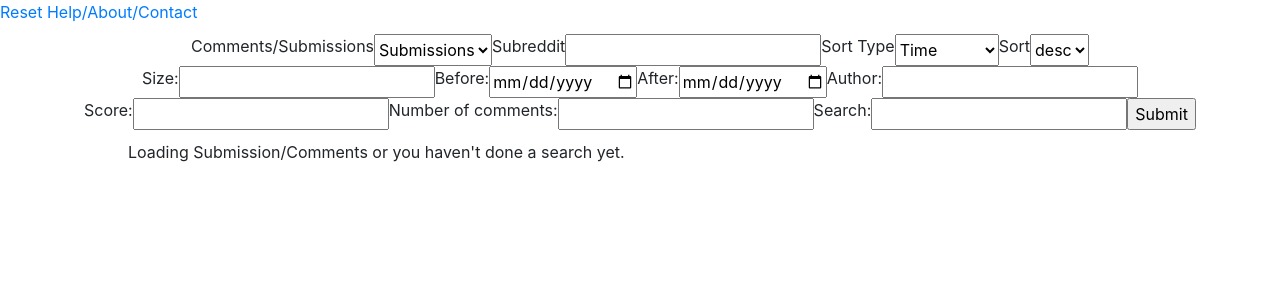
Repository: ihsoyCT/ctarchive
Page: dist/index.html
An editor plug-in stored every save of this project. The page is shown before and after the next save, followed by the edit.
The browser window is 1280 px wide. The pictures show the whole page.

Above is the page before, as saved 2022-05-03 17:16:49.

### dist/index.html
<!DOCTYPE html>
<html>
  <head>
    <title>Reddit Archive</title>
    <style>
      .children {
        margin-left: 20px;
      }
      .score {
        margin-top: auto;
        margin-bottom: auto; /* width: 20px; */
        padding-left: 8px; /* align-items: center; */ /* justify-content: center; */ /* align-self: center; */
        width: 2%;
      }

      .submissionclass {
        height: auto;
        background-color: lightgray;
        margin: 20px 0px 20px 0px;
        display: flex;
      }

      .main {
        margin-left: 10px;
      }

      .thumbnail {
        /* FLOAT: right; */
        margin-left: auto;
      }

      div#content {
        width: 80%;
        margin: auto;
      }

      #submission a {
        font-size: 10px;
      }

      #submission .post a {
        font-size: 1rem;
      }

      #orhans {
        background-color: red;
      }

      .posted {
        font-size: 10px;
      }
      .thumbnail img {
        max-width: 400px;
      }
      h3 {
        margin: 0;
      }
      p.comment_title {
        font-size: 10px;
      }

      .post {
        background-color: lightgrey;
        border: solid;
        border-width: 1px;
        margin-bottom: 5px;
        font-size: 1rem;
      }

      .post_highlight {
        background-color: rgb(87, 131, 87);
        border: solid;
        border-width: 1px;
        margin-bottom: 5px;
        font-size: 1rem;
      }

      .searchFlex {
        display: flex;
        flex-wrap: wrap;
        justify-content: center;
        padding: 10px;
      }
      .break {
        flex-basis: 100%;
        height: 0;
      }
    </style>
    <link
      rel="stylesheet"
      href="https://stackpath.bootstrapcdn.com/bootstrap/4.5.0/css/bootstrap.min.css"
      integrity="sha384-9aIt2nRpC12Uk9gS9baDl411NQApFmC26EwAOH8WgZl5MYYxFfc+NcPb1dKGj7Sk"
      crossorigin="anonymous"
    />
    <script
      src="https://code.jquery.com/jquery-3.5.1.slim.min.js"
      integrity="sha384-DfXdz2htPH0lsSSs5nCTpuj/zy4C+OGpamoFVy38MVBnE+IbbVYUew+OrCXaRkfj"
      crossorigin="anonymous"
    ></script>
    <script
      src="https://cdn.jsdelivr.net/npm/popper.js@1.16.0/dist/umd/popper.min.js"
      integrity="sha384-Q6E9RHvbIyZFJoft+2mJbHaEWldlvI9IOYy5n3zV9zzTtmI3UksdQRVvoxMfooAo"
      crossorigin="anonymous"
    ></script>
    <script
      src="https://stackpath.bootstrapcdn.com/bootstrap/4.5.0/js/bootstrap.min.js"
      integrity="sha384-OgVRvuATP1z7JjHLkuOU7Xw704+h835Lr+6QL9UvYjZE3Ipu6Tp75j7Bh/kR0JKI"
      crossorigin="anonymous"
    ></script>
  </head>
  <div class="error" id="error"></div>
  <div class="left">
    <a href="./index.html" id="back">Reset</a>
    <a href="./about.html" id="back">Help/About/Contact</a>
    <div id="searchform">
      <form id="search_form">
        <div class="searchFlex">
          <label for="mode">Comments/Submissions</label>
          <select id="mode" name="mode">
            <option value="submissions">Submissions</option>
            <option value="comments">Comments</option>
          </select>
          <label for="subreddit"> Subreddit </label>
          <input type="text" name="subreddit" id="subreddit" />
          <label for="sort_type">Sort Type</label>
          <select name="sort_type" id="sort_type">
            <option value="created_utc">Time</option>
            <option value="score">Score</option>
            <option value="num_comments">Comments</option>
          </select>
          <label for="sort">Sort</label>
          <select name="sort" id="sort">
            <option value="desc">desc</option>
            <option value="asc">asc</option>
          </select>
          <div class="break"></div>
          <label for="size">Size:</label
          ><input type="text" name="size" id="size" />
          <label for="before">Before:</label>
          <input type="date" name="before" id="before" />
          <label for="after">After:</label>
          <input type="date" name="after" id="after" />
          <label for="author">Author:</label>
          <input type="text" name="author" id="author" />
          <div class="break"></div>
          <label for="score">Score:</label>
          <input type="text" name="score" id="score" />
          <label for="num_comments">Number of comments:</label>
          <input type="text" name="num_comments" id="num_comments" />
          <label for="q">Search:</label>
          <input type="text" name="q" id="q" />
          <input type="submit" />
        </div>
      </form>
    </div>
  </div>
  <div id="status"></div>
  <div id="content"></div>
  <div id="orphans"></div>
  <body>
    <script src="index.js"></script>
  </body>
</html>

Loaded but not shown: dist/index.js (library)

After the next save:
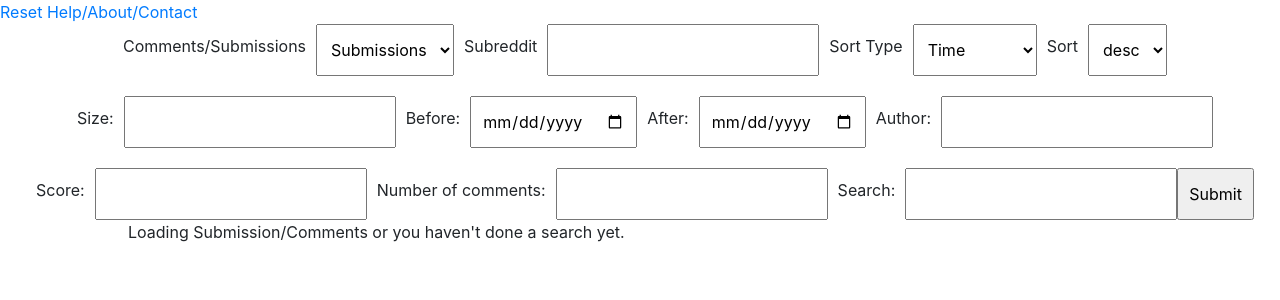
Saved 24 s later.
--- a/dist/index.html
+++ b/dist/index.html
@@ -79,8 +79,12 @@
         display: flex;
         flex-wrap: wrap;
         justify-content: center;
+      }
+
+      .searchFlex * {
         padding: 10px;
       }
+
       .break {
         flex-basis: 100%;
         height: 0;
